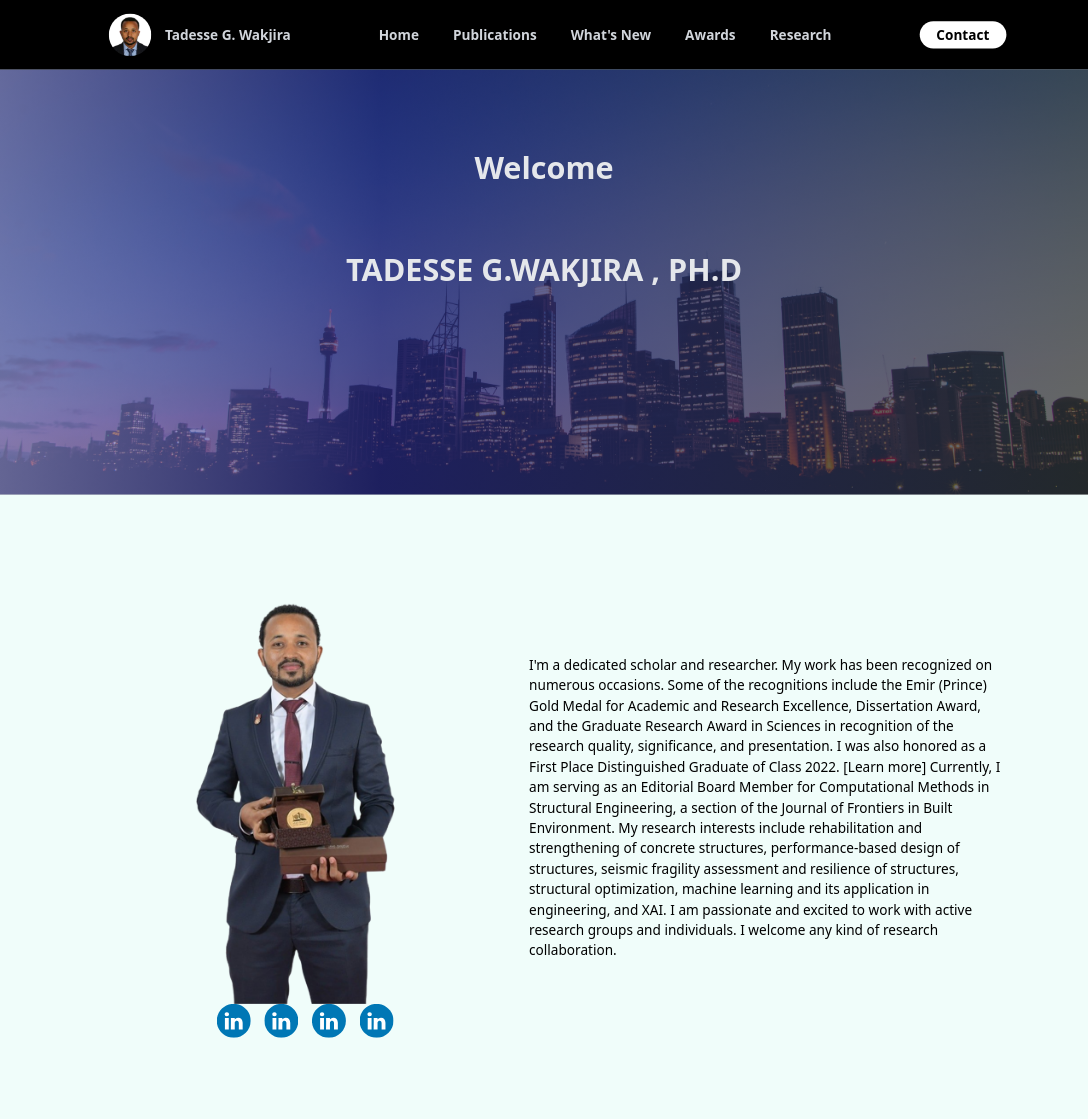
Repository: Elias-Kibret/Tade-portfoilo
Page: /
An editor plug-in stored every save of this project. The page is shown before and after the next save, followed by the edit.
The browser window is 1280 px wide. The pictures show the whole page, at 85% of full size.
The project was rebuilt for these pictures with package versions that can differ from the ones it lists, and the page was loaded fresh each time. The framework's server and built-in components were replaced by stand-ins that run in the browser. Also part of the build but not shown: next.config.js.

Above is the page before, as saved 2022-06-28 11:33:24.

After the next save:
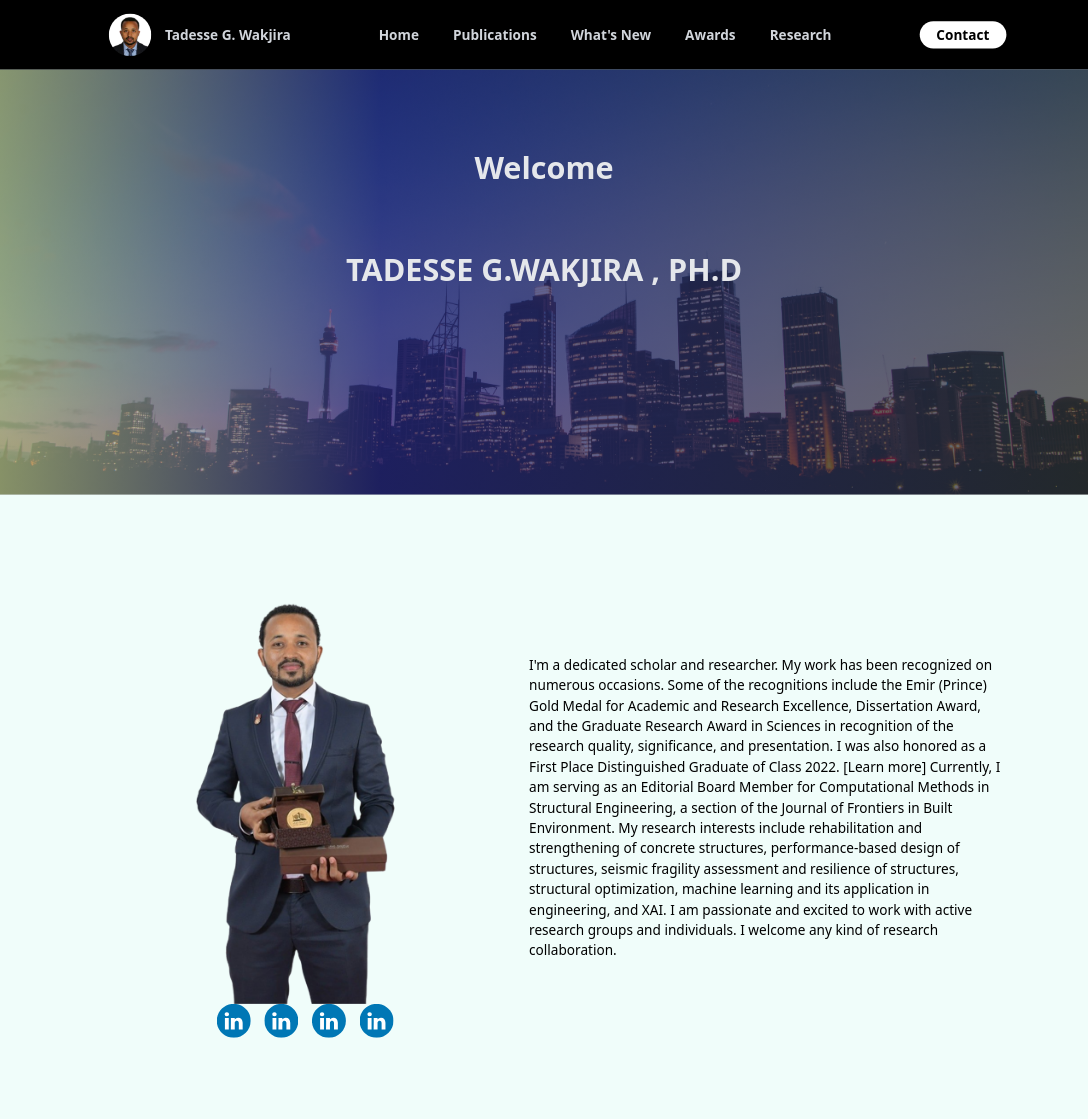
Saved 10 s later.
--- a/styles/globals.css
+++ b/styles/globals.css
@@ -17,5 +17,5 @@
     width:100%;
     height:500px;
     background: rgb(2,0,36);
-background: linear-gradient(90deg, rgba(143, 140, 214, 0.6) 0%, rgba(27, 27, 114, 0.7) 35%, rgba(35, 40, 41, 0.7) 100%);
+background: linear-gradient(90deg, rgba(201, 214, 140, 0.6) 0%, rgba(27, 27, 114, 0.7) 35%, rgba(35, 40, 41, 0.7) 100%);
 }
